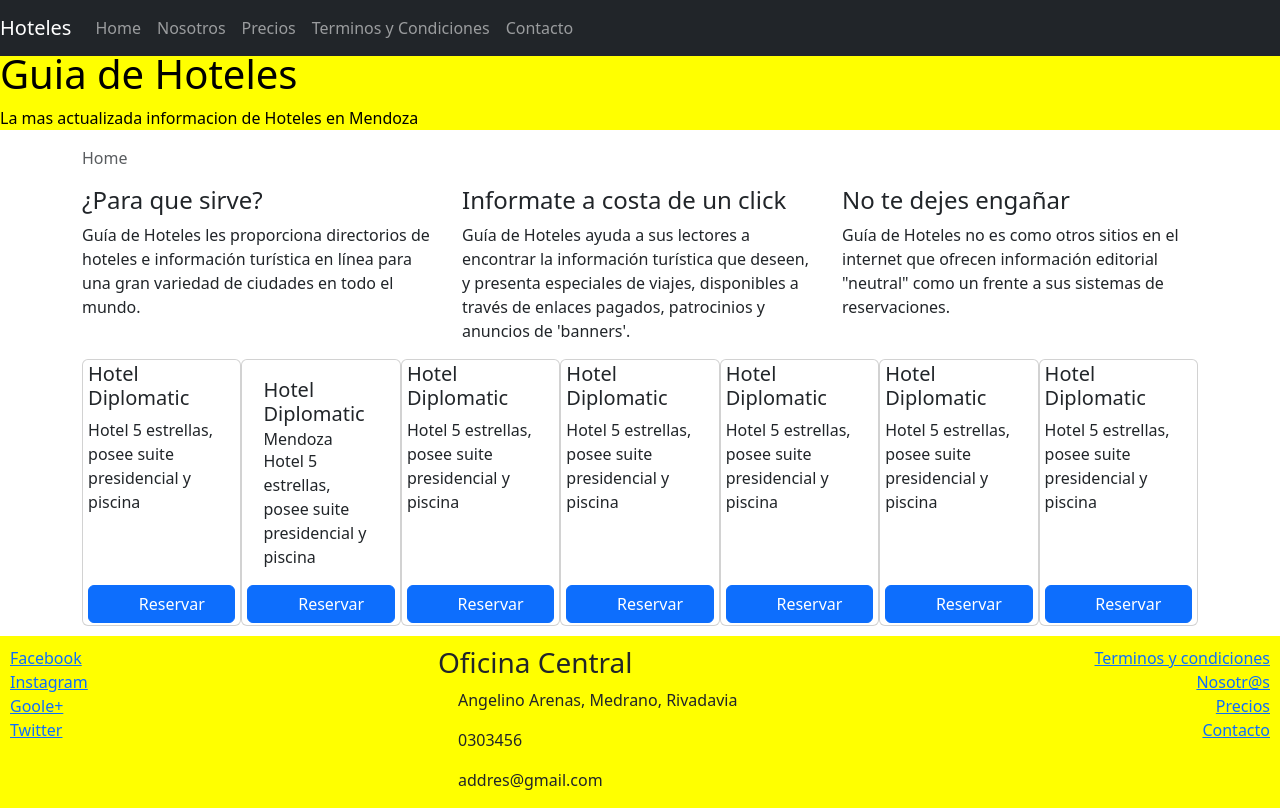
Repository: JulianMoralesSantoni/PaginaHoteles
Page: index.html
The author's editor kept a copy of each file at every save. The page is drawn from the files as they stood at one save, then again after the next save.
The browser window is 1280 px wide. The page is 1282 px wide, so the pictures cover 1282 px, including what lies to the right of the window. The pictures show the whole page.
Some web fonts or font styles are not loaded; a fallback is used. Some web libraries are served in a nearby version.

Above is the page before, as saved 2021-03-30 01:10:39.

After the next save:
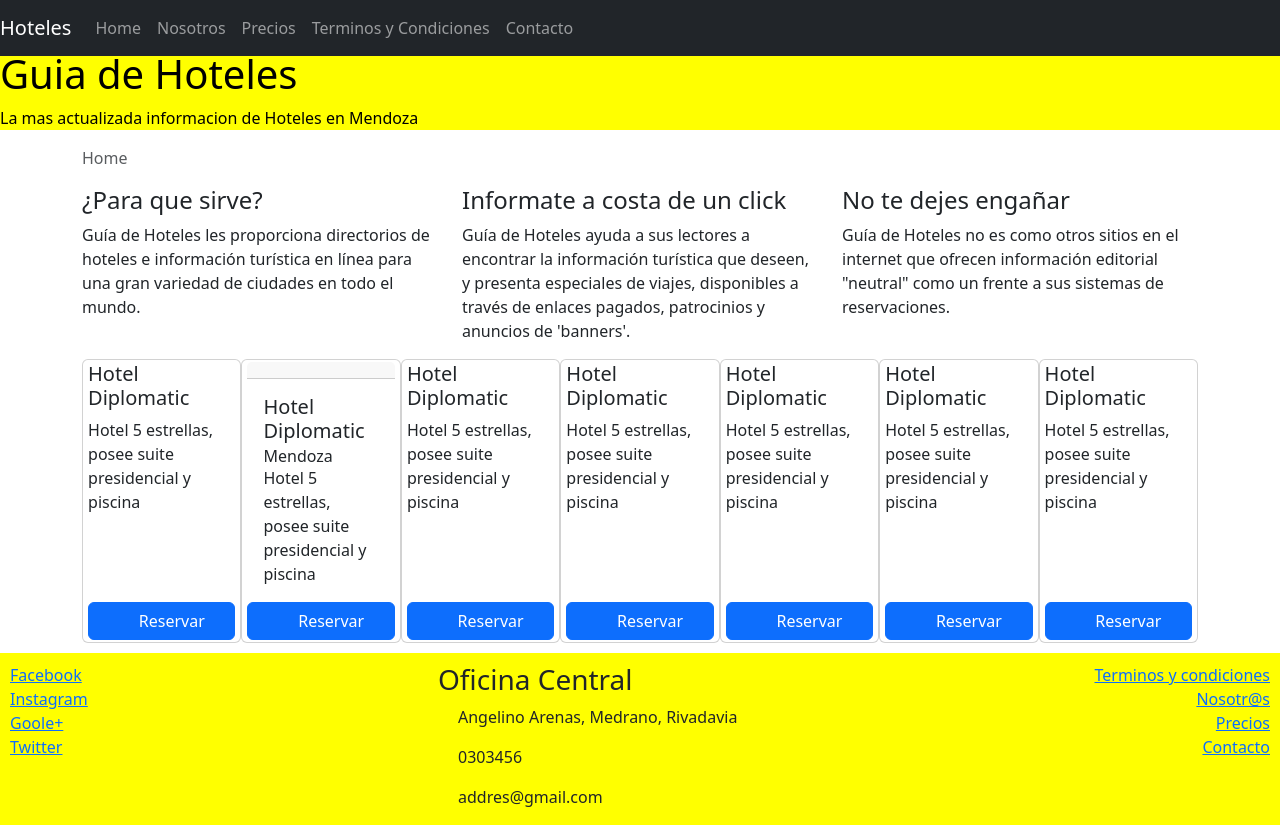
Saved 79 s later.
--- a/index.html
+++ b/index.html
@@ -109,7 +109,8 @@
             </div>
 
   <div class="card card-hotel d-flex flex-column justify-content-between ml-2">
-           <div class="card-body">
+    <div class="card-header"></div>
+    <div class="card-body">
              <h5 class="card-title">Hotel Diplomatic</h5>
              <h6 class="card-subtitle">Mendoza</h6>
               <p class="card-text">Hotel 5 estrellas, posee suite presidencial y piscina</p></div>
